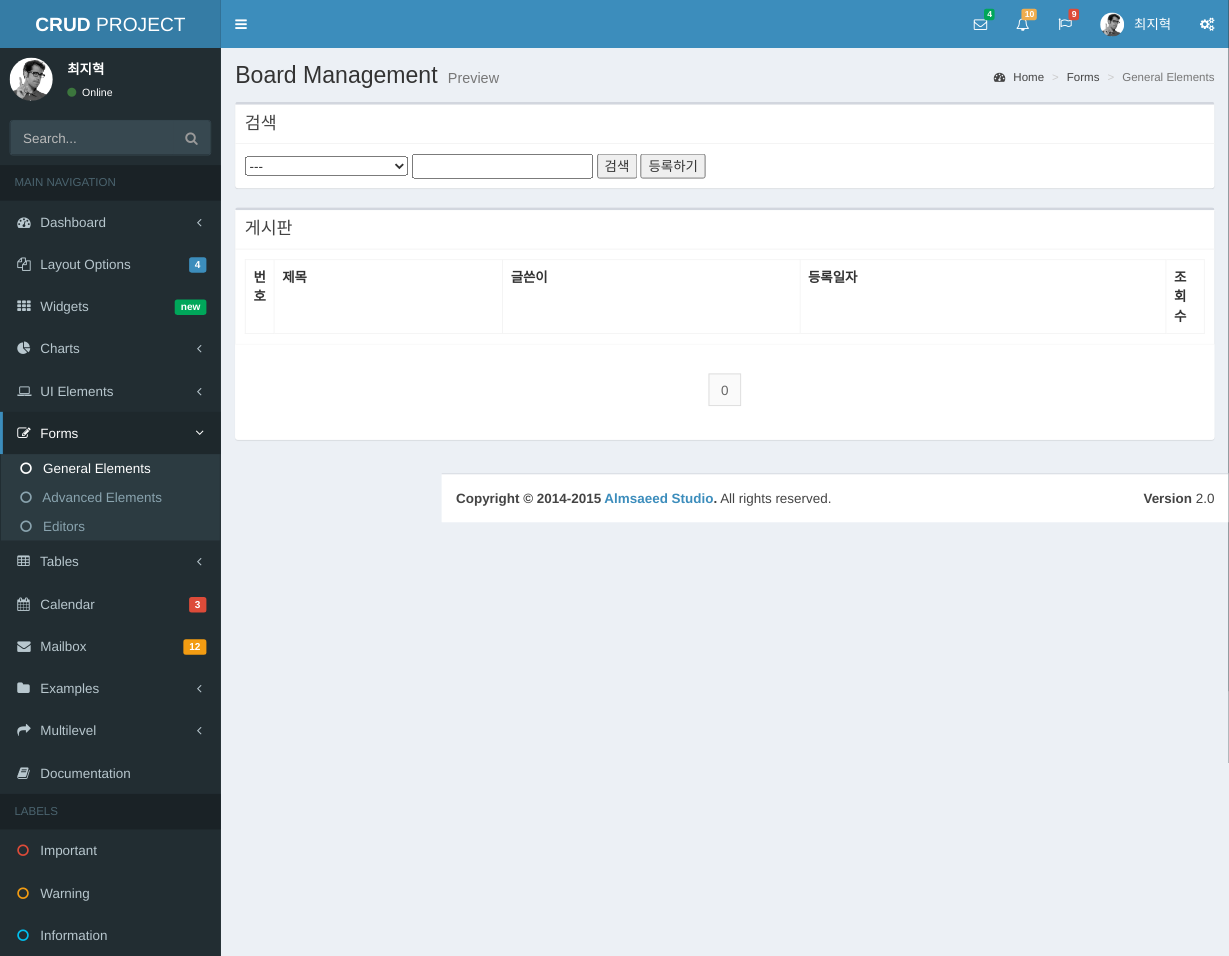
Repository: choiji12/CRUDBoard-Spring
Page: http://localhost/Hello/WEB-INF/views/sboard/list.jsp
An editor plug-in stored every save of this project. The page is shown before and after the next save, followed by the edit.
The browser window is 1280 px wide. The pictures show the whole page, at 96% of full size.
Some web fonts or font styles are not loaded; a fallback is used. Some web libraries are served in a nearby version. The page is served by Tomcat 9. Nobody is signed in. The template is opened directly, without the code that normally fills it, so the values that code supplies are empty.

Above is the page before, as saved 2023-12-11 08:05:44.

After the next save:
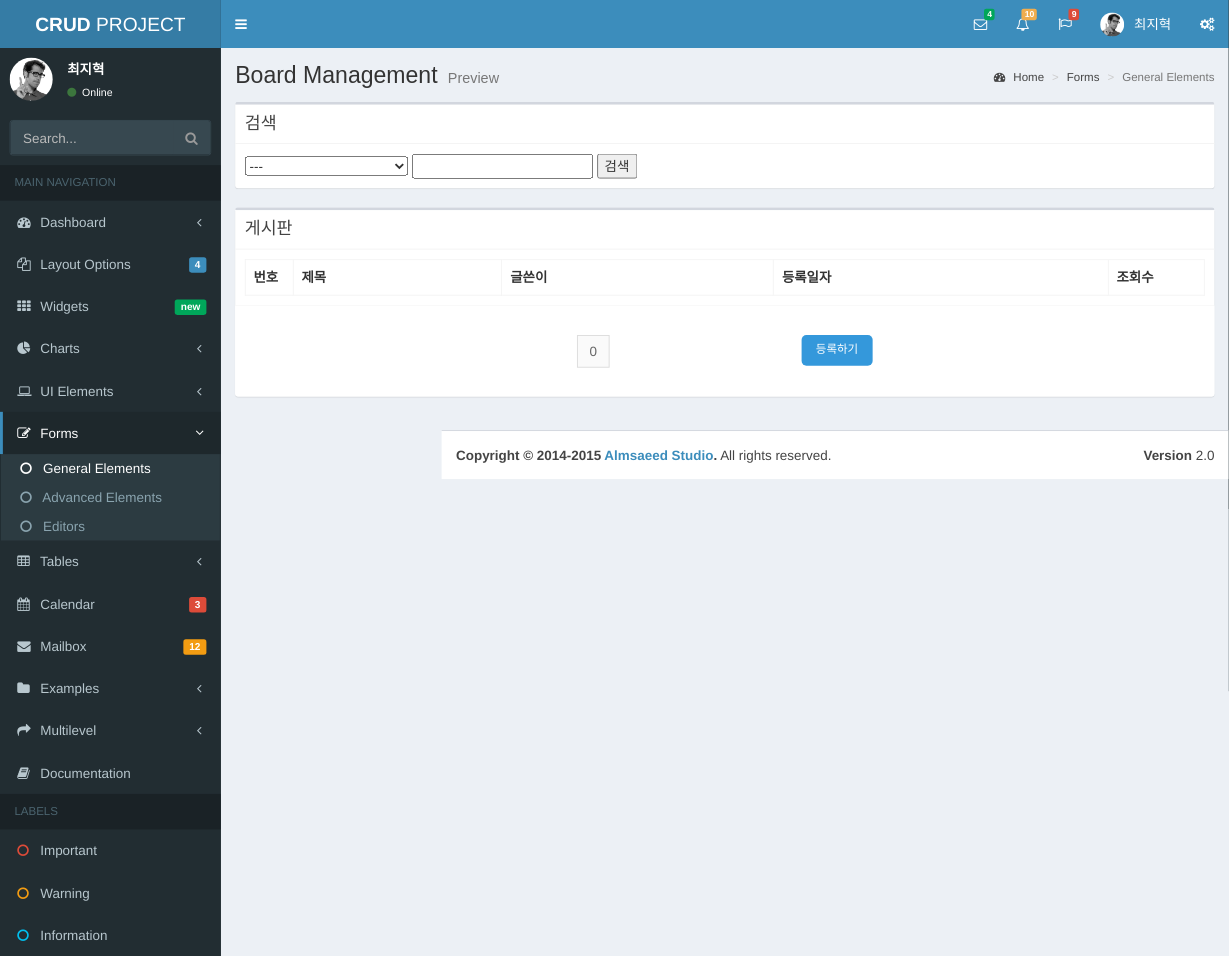
Saved 83 s later.
--- a/Hello/src/main/webapp/WEB-INF/views/sboard/list.jsp
+++ b/Hello/src/main/webapp/WEB-INF/views/sboard/list.jsp
@@ -47,7 +47,7 @@
 					</select> <input type="text" name='keyword' id="keywordInput"
 						value='${cri.keyword }'>
 					<button id='searchBtn'>검색</button>
-					<button id='newBtn'>등록하기</button>
+
 
 				</div>
 			</div>
@@ -60,11 +60,11 @@
 				<div class="box-body">
 					<table class="table table-bordered">
 						<tr>
-							<th style="width: 10px">번호</th>
+							<th style="width: 50px">번호</th>
 							<th>제목</th>
 							<th>글쓴이</th>
 							<th>등록일자</th>
-							<th style="width: 40px">조회수</th>
+							<th style="width: 100px">조회수</th>
 						</tr>
 
 						<c:forEach items="${list}" var="boardVO">
@@ -109,8 +109,9 @@
 								<li><a
 									href="list${pageMaker.makeSearch(pageMaker.endPage +1) }">&raquo;</a></li>
 							</c:if>
+						<button id='newBtn' style="margin-left: 200px;">등록하기</button>
+						</ul>
 
-						</ul>
 					</div>
 
 				</div>
@@ -157,5 +158,18 @@
 
 			});
 </script>
-
+ <style>
+        /* CSS 코드 */
+        #newBtn {
+            background-color: #3498db;
+            color: white;
+            border: none;
+            padding: 7px 15px;
+            text-align: center;
+            text-decoration: none;
+            display: inline-block;
+            font-size: 12px;
+            border-radius: 5px;
+        }
+    </style>
 <%@include file="../include/footer.jsp"%>
